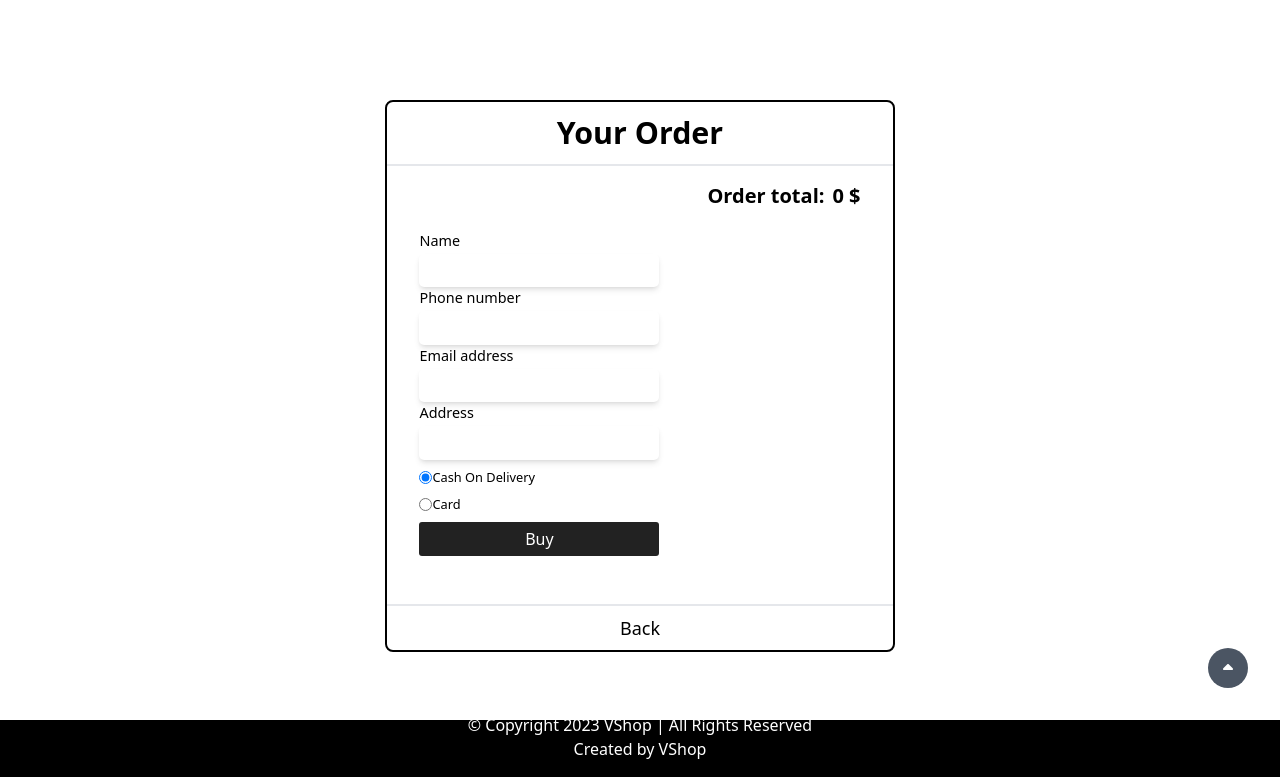
Repository: Kith933UTH/VSHOP
Page: /payment
An editor plug-in stored every save of this project. The page is shown before and after the next save, followed by the edit.
The browser window is 1280 px wide. The pictures show the whole page.
Pictures or frames that could not be fetched are drawn as grey boxes. The project was rebuilt for these pictures with package versions that can differ from the ones it lists, and the page was loaded fresh each time. Also part of the build but not shown: src/components/product-item/ProductItem.js, src/components/loader/Loader.js, src/constants/constants.js, src/components/product-filters/Category.js, src/components/product-filters/Price.js, src/components/product-filters/Rating.js, src/components/product-filters/ProductFilters.js, src/components/cart-shopping/CartEmpty.js and 21 more.

Above is the page before, as saved 2023-08-05 00:27:08.

After the next save:
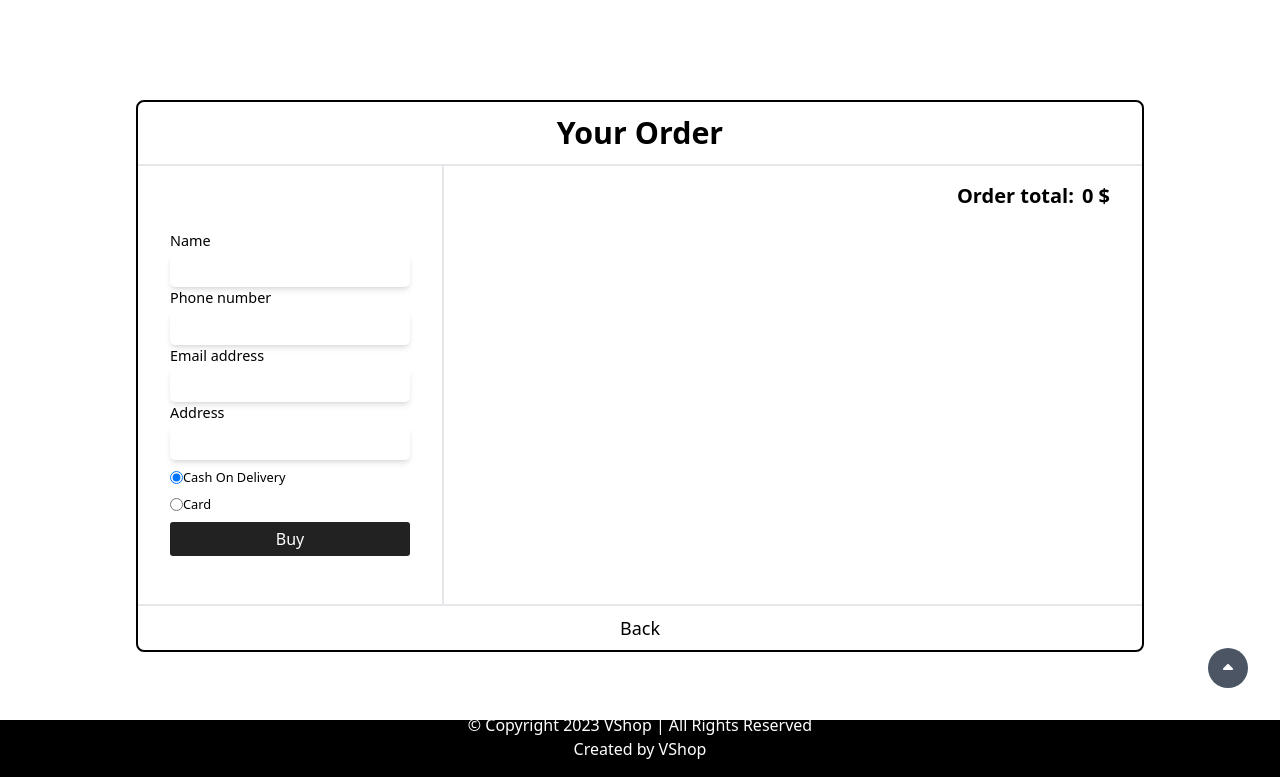
Saved 42 s later.
--- a/src/components/payment/Payment.js
+++ b/src/components/payment/Payment.js
@@ -45,7 +45,7 @@ export function Payment({login}) {
                         <button id="sub_btn"  type="submit">Buy</button>
                     </p>
                 </form>
-                <div className={`min-w-[700px]border-l-2 px-4 ${cart.length > 2 ? 'box-item' : ''}`}>
+                <div className={`min-w-[700px] border-l-2 px-4 ${cart.length > 2 ? 'box-item' : ''}`}>
                     {cart.map(item => <CartItemPayment key={item.id} item={item}/>)}
                     <div className='flex justify-center sm:justify-end pt-4'>
                         <div className='w-fit rounded-xl flex flex-col justify-between items-center sm:flex-row'>
